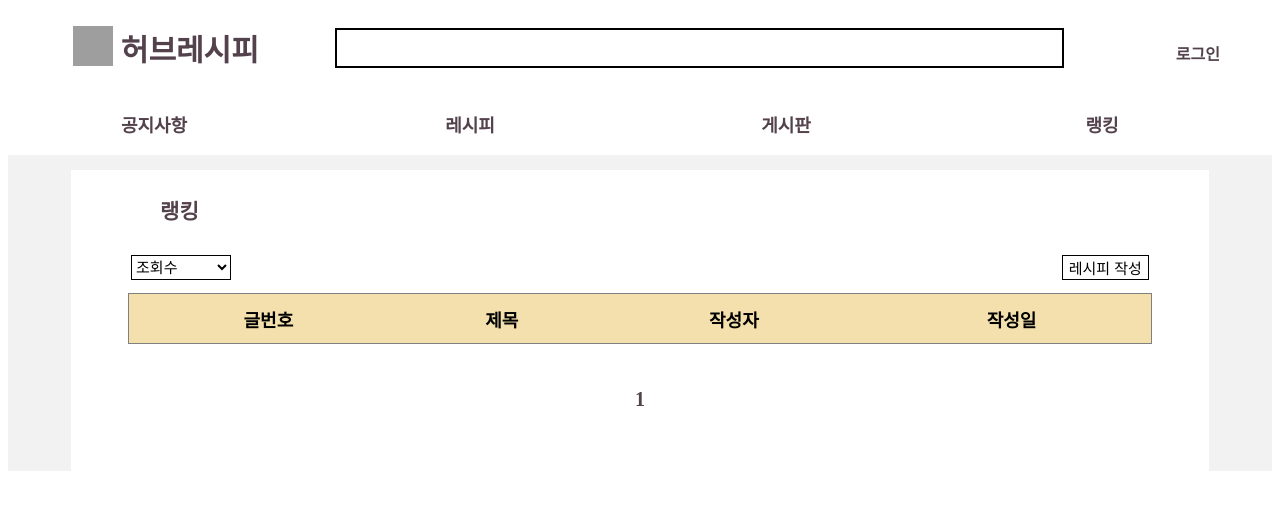
Repository: Shortood/Web_Project
Page: http://localhost/Web_project29/recipe-ranking.jsp?page=1
These files come from the project's save history. The page is drawn as it stood at one moment and after the next save; the edit follows.
The browser window is 1280 px wide. The pictures show the whole page.
Pictures or frames that could not be fetched are drawn as grey boxes. Some web fonts or font styles are not loaded; a fallback is used. The page is served by Tomcat 9. Queries for data that is not in the repository find no rows.

Above is the page before, as saved 2022-12-10 17:47:15.

### eclipse-workspace/Web_project29/src/main/webapp/recipe-ranking.jsp
<%@ page language="java" contentType="text/html; charset=utf-8"
	pageEncoding="utf-8"%>
<%@ page import="java.sql.*"%>
<%
request.setCharacterEncoding("utf-8");
Cookie[] cookies = request.getCookies();
%>
<html>
<head>
<title>랭킹</title>
<link rel="stylesheet" href="notice.css">
</head>
<body>
	<jsp:include page="maintools.jsp"></jsp:include>
	<div id="wrap">
		<div id="main">
			<div class="content">
				<table class="title">
					<tr>
						<td class="notice"><a href="recipe-ranking.jsp">랭킹</a></td>
					</tr>
				</table>
				<br>
				<div class="semitag">
				<table>
				<tr>
				<td>
							<form action="recipe-ranking-search.jsp" method="post">
									<select name="sel" onchange="this.form.submit()">
										<option value='viewnum' selected>조회수</option>
										<option value='likenum'>인기수</option>
									</select>
						   </form>
				</td>
				<td><button onclick="location.href='makerecipe.jsp'">레시피 작성</button></td>
				</tr>
				</table>
				</div>
				<table class="mainboard">
					<tr bgcolor="#f3e0ac">
						<th>글번호</th>
						<th>제목</th>
						<th>작성자</th>
						<th>작성일</th>
					</tr>
					<%
					int pagenum = 1;
					if (request.getParameter("page") != null) {
						pagenum = Integer.parseInt(request.getParameter("page"));
					}
					int fpage = pagenum * 10, bpage = (pagenum - 1) * 10;
					int id;
					int rownum = 0;
					Connection conn = null;
					Statement stmt = null;
					String sql = null, sql2 = null;
					ResultSet rs = null;
					String name2 = null;
					try {
						Class.forName("com.mysql.jdbc.Driver");
						String url = "jdbc:mysql://localhost:3306/webproject?serverTimezone=UTC";
						conn = DriverManager.getConnection(url, "root", "0000");
						stmt = conn.createStatement(ResultSet.TYPE_SCROLL_SENSITIVE, ResultSet.CONCUR_UPDATABLE);
						sql = "select * from recipe order by view desc, id asc limit " + 10 + " offset " + bpage;
						rs = stmt.executeQuery(sql);
					} catch (Exception e) {
						out.println("DB 연동 오류입니다. : " + e.getMessage());
					}
					rs.last();
					rownum = rs.getRow();
					rs.beforeFirst();
					int i = rownum;
					while (rs.next()) {
						id = Integer.parseInt(rs.getString("id"));
					%>
					<tr>
						<td align="center" height="40"><%=rownum%></td>
						<td align="left" height="40"><a
							href="recipe-read.jsp?id=<%=rs.getString("id")%>" width="250">
								<%=rs.getString("menu_name")%></a></td>
						<td align="center" height="40"><%=rs.getString("name")%></td>
						<td align="center" height="40"><%=rs.getString("date")%></td>
					</tr>
					<%
					rownum--;
					}
					%>
				</table>
			</div>
			<br> <br>
			<div class="pageButton">
				<%
				sql2 = "select * from recipe";
				rs = stmt.executeQuery(sql2);
				rs.last();
				rownum = rs.getRow();
				for (i = 1; i <= (rownum - 1) / 10 + 1; i++) {
				%>
				<a href="recipe-ranking.jsp?page=<%=i%>" class="num selected"> <%
 if (i == pagenum) {
 %><b> <%=i%></b> <%
 } else {
 %> <%=i%> <%
 }
 %>
				</a>
				<%
				;
				}
				%>

				<%
				stmt.close();
				conn.close();
				%>
			</div>
			<br>
			<%
			if (getCookieValue(cookies, "NAME") != null) {
			%>
			<%
			}
			%>
		</div>
	</div>
</body>
</html>
<%!private String getCookieValue(Cookie[] cookies, String name) {
		String value = null;
		if (cookies == null)
			return null;
		for (Cookie cookie : cookies) {
			if (cookie.getName().equals(name))
				return cookie.getValue();
		}
		return null;
	}%>

### eclipse-workspace/Web_project29/src/main/webapp/maintools.jsp
<%@ page language="java" contentType="text/html; charset=utf-8"
   pageEncoding="utf-8"%>
<%@ page import="java.sql.*"%>
<%
request.setCharacterEncoding("utf-8");
Cookie[] cookies = request.getCookies();
%>
<html>
<head>
<title>main page</title>
<link rel="stylesheet" href="font.css">
<link rel="stylesheet" href="mainpage.css">
</head>
<body>
<div class="topbutton">
      <table>
         <tr>
            <td class="logo"><a href="mainpage.jsp"><img
                  src="images/mainimage.png" class="mainimage"> 허브레시피</a></td>
            <td class="search_context">
               <form action="main-recipe-search.jsp" method="post">
                  <input type="text" name="search_context">
               </form>
            </td>
            <%
            if (getCookieValue(cookies, "NAME") == null) {
            %>
            <td class="page-btn"><a href="login.jsp">로그인</a></td>
            <%
            } else {
            %>
            <td class="page-btn"><a href="logout.jsp">로그아웃</a></td>
            <%
            }
            %>
            <%
            if (getCookieValue(cookies, "NAME") != null) {
            %>
            <td class="page-btn"><a href="my-info.jsp">마이페이지</a></td>
            <%
            }
            %>
         </tr>
      </table>
   </div>
   <br>
   <div class="topbar">
      <nav>
         <table class="topmenu">
            <tr>
               <th><a href="notice-list.jsp">공지사항</a></th>
               <th><a href="recipepage.jsp">레시피</a></th>
               <th><a href="board-list.jsp">게시판</a></th>
               <th><a href="recipe-ranking.jsp">랭킹</a></th>
            </tr>
         </table>
      </nav>
   </div>
</body>
</html>
<%!private String getCookieValue(Cookie[] cookies, String name) {
      String value = null;
      if (cookies == null)
         return null;
      for (Cookie cookie : cookies) {
         if (cookie.getName().equals(name))
            return cookie.getValue();
      }
      return null;
   }%>

### eclipse-workspace/Web_project29/src/main/webapp/notice.css
@import url('https://fonts.googleapis.com/css?family=Nanum+Gothic:400,700,800');
body {
    font-family: Nanum Gothic,Segoe UI,Helveica,Arial,Malgun Gothic,sans-serif;
 }
#wrap{
    width:100%;
    min-width:450px;
    height:100%;
    z-index: 1;
    background-color: #F2F2F2;
    padding-top:10px;
}

#main{
    width:90%;
    min-width:400px;
    z-index: 2;
    background-color: white;
    padding-bottom:3%;
    margin:5px 5% 0 5%;
}

.notice{
    font-size: 21px;
    font-weight: bold;
    text-align:left;
    padding-left:30px;
    width:78%;
}
.title{
    height:40px;
    width:100%;
}
.content{
    padding-left: 5%;
    padding-right: 5%;
    padding-top:20px;
}
 .topmenu{
 width:100%;
 height:10px;
 }
.search input{
    height:25px;
    background-color:white;
    border:1px solid rgb(136, 135, 135);
    margin-left:10px;
}

.write_board{
   text-align:right;
   margin-bottom:5px;
}

 .mainboard{
    border:1px solid grey;
    width:100%;
    text-align:center;
    border-collapse: collapse;
 }
 .mainboard th{
    border-bottom:1px solid grey;
    height: 50px;
    font-size:18px;
 }
 .mainboard tr{
    border-bottom:1px solid grey;
    font-size:16px;
    height:40px;
 }
.pageButton{
    font-family:'맑은고딕';
    font-size:20px;
    text-align:center;
    word-spacing:10px;
}
.semitag select {
	border: 1px solid black;
	height: 25px;
	width: 100px;
	background-color: white;
	font-size: 15px;
	float: left;
}

.semitag table {
	width: 100%;
	padding-bottom:10px;
}
.semitag button {
	border: 1px solid black;
	font-size: 15px;
	height:25px;
	float: right;
	background-color: white;
}

### eclipse-workspace/Web_project29/src/main/webapp/mainpage.css
@import url('https://fonts.googleapis.com/css?family=Nanum+Gothic:400,700,800');
body {
    font-family: Nanum Gothic,Segoe UI,Helveica,Arial,Malgun Gothic,sans-serif;
 }
#wrap{
    width:100%;
    min-width:450px;
    height:auto;
    z-index: 1;
    background-color: #F2F2F2;
    padding-top:10px;
}

#main{
    width:90%;
    min-width:400px;
    z-index: 2;
    background-color: white;
    padding-bottom:3%;
    margin:5px 5% 0 5%;
    height:auto;
}
.content{
    padding-left: 5%;
    padding-right: 5%;
}
 a{
     text-decoration:none;
     color:#53424C;
 }
 a:hover{
     color:#BAA6B2;
 }
 .topbutton{
     width:100%;
     padding-top:15px;
 }

 .search-from{
     background-color: white;
     width: 700px;
     height: 30px;
     vertical-align: middle;
 }

 .input-text{
     width: 600px;
     height: 30px;
     background: none;
     border: 0px;
     resize: none;
     vertical-align: middle;
 }
 .logo {
    font-size: 30px;
    font-weight: bold;
    width: 20%;
    min-width: 260px;
    height:40px;
    box-sizing:border-box;
    text-align:left;
    padding-left:5%;
 }

.logo img{
   width:40px;
   height:40px;
   vertical-align:top;
}

.logo >a{
    min-width: 180px;
    vertical-align:top;
}
form{
    display:inline;
    height:40px;
}

input[name=search_context]{
   width:100%;
   height:40px;
   padding-right:5px;
   padding-left:7px;
   border:2px solid black;
}

.search_context{
    width:50%;
    min-width:100px;
    max-width:300px;
    padding-left: 10px;
    padding-right: 20px;
}

 .page-btn {
    width:5%;
    min-width:120px;
    font-size: 16px;
    font-weight: bold;
    text-align: right;
    padding-top:10px;
    padding-right:50px;
 }

 .topmenu {
    width: 100%;
    height: 45px;
    border-collapse:collapse;
 }
 .topmenu tr{
     border-bottom: 1px solid #BAA6B2;
 }

 .topmenu th {
    width: 20%;
    text-align:center;
    font-size:18px;
    padding-right:25px;
    border-bottom: 3px solid transparent;
 }
 .topmenu a{
 position:relative;
 display: inline-block;
    height: 100%;
    width: 100%;
 }

.topmenu a:after {
    content:"";
    position: absolute;
    left: 50%;
    bottom: 0;
    width: 0;
    height: 4px;
    background-color: #c0c0c0;
    transition: all .5s;
}
.topmenu a:before {
    content:"";
    position: absolute;
    right: 50%;
    bottom: 0;
    width: 0;
    height: 4px;
    background-color: #c0c0c0;
    transition: all .5s;
}
.topmenu a:hover:after {
    width: 50%
}
.topmenu a:hover:before {
    width: 50%
}
.menulist{
	padding-top:1px;
}
.menu{
    width: 5000px;
    height: 40px;
    text-align: center;
    max-width: 100%;
    background-position: center;
    background-size: cover;
    color: black;
    position: absolute;
    z-index: 1;
 }
 .menuname img{
     width:300px;
     height:250px;
     padding-left:1px;
 }
 .ad_1 {
    color: black;
    font-size: 35px;
    font-weight: bold;
    text-align:center;
    width:100%;
 }

 .foods td {
    text-align: center;
    font-size: 20px;
    letter-spacing: 1px;
    border-spacing: 100px;
 }

 .foods {
    width: 100%;
 }

 .food {
    width: 270px;
    height: 200px;
 }
 .menuname a{
     font-size:20px;
     color:black;
 }
 .topbar{
 padding-top:15px;
 }

After the next save:
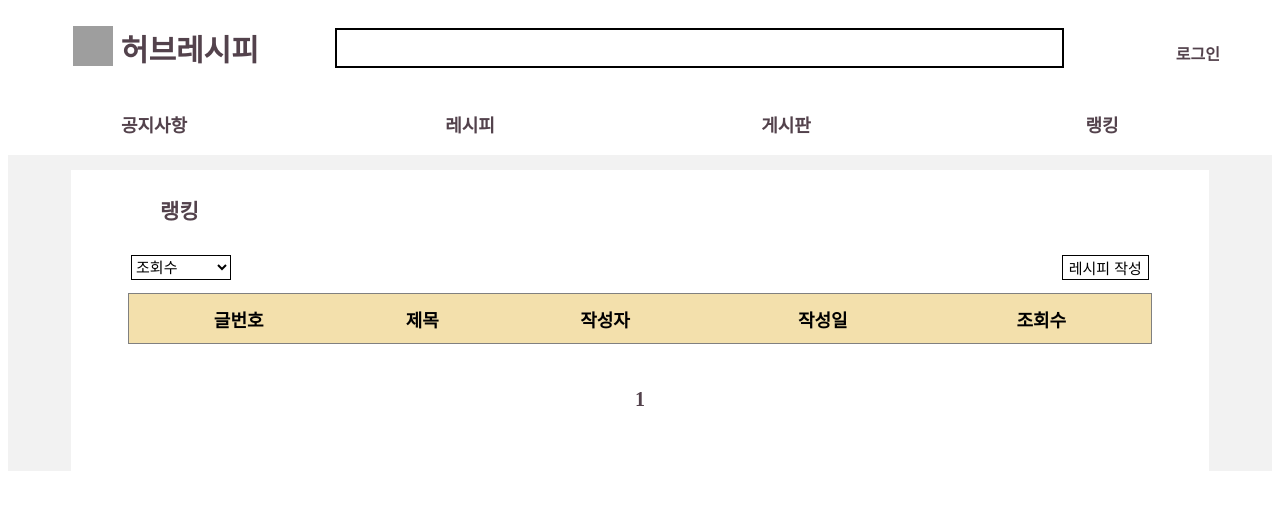
Saved 26 s later.
--- a/eclipse-workspace/Web_project29/src/main/webapp/recipe-ranking.jsp
+++ b/eclipse-workspace/Web_project29/src/main/webapp/recipe-ranking.jsp
@@ -42,6 +42,7 @@ Cookie[] cookies = request.getCookies();
 						<th>제목</th>
 						<th>작성자</th>
 						<th>작성일</th>
+						<th>조회수</th>
 					</tr>
 					<%
 					int pagenum = 1;
